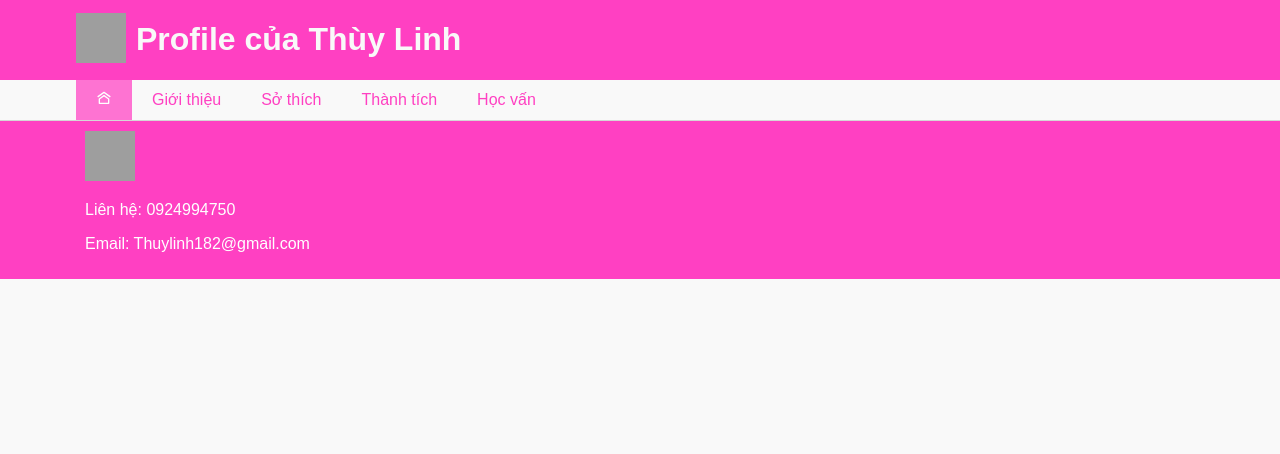
Repository: DucLong-PD07979/profile-vu-thuy-linh
Page: so-thich.html
The author's editor kept a copy of each file at every save. The page is drawn from the files as they stood at one save, then again after the next save.
The browser window is 1280 px wide. The pictures show the whole page.
Pictures or frames that could not be fetched are drawn as grey boxes.

Above is the page before, as saved 2025-03-13 21:19:10.
Not found: script.js

### so-thich.html
<!DOCTYPE html>
<html lang="vi">
    <head>
        <meta charset="UTF-8" />
        <meta name="viewport" content="width=device-width, initial-scale=1.0" />
        <title>Profile của Thùy Linh</title>
        <link rel="stylesheet" href="./css/main.css" />
        <script defer src="script.js"></script>
    </head>
    <body>
        <header>
            <div class="container">
                <div class="logo">
                    <img
                        src="https://encrypted-tbn0.gstatic.com/images?q=tbn:ANd9GcQHs0UoAlT72hduByWmi6BstIWlXX2zQqTC_Q&s"
                        alt="Logo"
                    />
                </div>
                <h1>Profile của Thùy Linh</h1>
            </div>
        </header>
        <div class="menu-list">
            <div class="container">
                <nav>
                    <ul>
                        <li>
                            <a href="./index.html" class="active">
                                <svg
                                    xmlns="http://www.w3.org/2000/svg"
                                    viewBox="0 0 24 24"
                                    fill="currentColor"
                                >
                                    <path
                                        d="M12.5812 2.68627C12.2335 2.43791 11.7664 2.43791 11.4187 2.68627L1.9187 9.47198L3.08118 11.0994L11.9999 4.7289L20.9187 11.0994L22.0812 9.47198L12.5812 2.68627ZM19.5812 12.6863L12.5812 7.68627C12.2335 7.43791 11.7664 7.43791 11.4187 7.68627L4.4187 12.6863C4.15591 12.874 3.99994 13.177 3.99994 13.5V20C3.99994 20.5523 4.44765 21 4.99994 21H18.9999C19.5522 21 19.9999 20.5523 19.9999 20V13.5C19.9999 13.177 19.844 12.874 19.5812 12.6863ZM5.99994 19V14.0146L11.9999 9.7289L17.9999 14.0146V19H5.99994Z"
                                    ></path>
                                </svg>
                            </a>
                        </li>
                        <li>
                            <a href="./ban-than.html">Giới thiệu</a>
                            <ul class="menu-children">
                                <li><a href="./ban-than.html">Bản thân</a></li>
                                <li><a href="./gia-dinh.html">Gia đình</a></li>
                            </ul>
                        </li>
                        <li><a href="./so-thich.html">Sở thích</a></li>
                        <li><a href="./thanh-tich.html">Thành tích</a></li>
                        <li><a href="#education">Học vấn</a></li>
                    </ul>
                </nav>
            </div>
        </div>

        <footer>
            <div class="container">
                <div class="logo">
                    <img
                        src="https://encrypted-tbn0.gstatic.com/images?q=tbn:ANd9GcQHs0UoAlT72hduByWmi6BstIWlXX2zQqTC_Q&s"
                        alt="Logo"
                    />
                </div>
                <p>Liên hệ: 0924994750</p>
                <p>Email: Thuylinh182@gmail.com</p>
            </div>
        </footer>
    </body>
</html>
<!-- https://profile-vu-thuy-linh.vercel.app/ -->

### css/main.css
* {
    box-sizing: border-box;
}

body {
    font-family: Arial, sans-serif;
    margin: 0;
    padding: 0;
    background-color: #f9f9f9;
    color: #2c2c2c;
}

.container {
    margin: 0 5%;
    padding: 0 12px;
}

header {
    background-color: #ff40c2;
    color: #f9f9f9;
}

header .container {
    display: flex;
    align-items: center;
}

.logo img {
    width: 50px;
    height: 50px;
    margin-right: 10px;
}

.menu-list {
    color: #ff40c2;
    border-bottom: 1px solid #d6d6d6;
}

nav ul {
    list-style: none;
    padding: 0;
    display: flex;
    align-items: center;
    margin: 0;
}

nav ul li {
    display: inline;
    position: relative;
}

nav ul li a {
    color: #ff40c2;
    text-decoration: none;
    padding: 10px 20px;
    display: block;
    font-size: 16px;
    transition: all 0.1s linear;
}

nav ul li a.active {
    background-color: #fe73d2;
}

nav ul li a svg {
    width: 16px;
    height: 16px;
    color: #ffffff;
}

nav ul li a:hover {
    color: white;
    background-color: #fe73d2;
}

.menu-children {
    position: absolute;
    z-index: 9;
    top: 100%;
    display: none;
    background-color: #f9f9f9;
}

nav ul li:hover .menu-children {
    display: block;
}

.participation-section {
    display: grid;
    gap: 10px;
    grid-template-columns: 1fr 1fr 1fr 1fr 1fr;
}

.item-1 {
    grid-column: 1 / 5;
    display: grid;
    grid-template-columns: 1fr 1fr;
    gap: 10px;
    width: 100%;
}

.item-2 {
    grid-column: 5 / 6;
}

.participation-section .item-1 img {
    width: 100%;
    height: 300px;
}

.participation-section .item-2 img {
    width: 100%;
    height: 240px;
    margin-bottom: 10px;
}

.participation-content {
    width: 100%;
}

.participation-content a {
    color: #404042;
    display: block;
    padding: 6px 0;
}

.participation-content a:hover {
    color: #fe73d2;
    text-decoration: underline;
}

/* giới thiệu bản thân */
#introduce-section {
    background-color: #fbdce2;
    width: 100%;
    padding: 20px 0;
}

.introduce-section-content {
    display: grid;
    grid-template-columns: 1fr 1fr;
    gap: 10px;
    align-items: center;
}

.introduce-section-content .box .gallery {
    width: 100%;
}

.introduce-section-content .box .gallery img {
    width: 100%;
    height: 400px;
    object-fit: fill;
}

.introduce-section-content .item-3 {
    grid-column: 1 /3;
    display: grid;
    gap: 20px;
    grid-template-columns: 1fr 1fr 1fr;
}

.introduce-section-content img {
    width: 100%;
    height: 600px;
    margin: 50px 0;
}

.introduce-section-content .box p {
    font-size: 18px;
}
/* gia dinh */

#family-section {
    background-color: #e8d5f3;
    width: 100%;
    padding: 20px 0;
}

.family-section-content {
    display: grid;
    grid-template-columns: 1fr 1fr 1fr 1fr;
    gap: 10px;
}

.family-section-content .box img {
    width: 100%;
    height: 340px;
    object-fit: fill;
}

.family-section-content .box p {
    font-size: 18px;
}

/* thanh tich */

#achievements {
    background-color: #eeeeeb;
    width: 100%;
    padding: 20px 0;
}

.achievements-section-content {
    display: grid;
    grid-template-columns: 1fr 1fr;
    gap: 10px;
}

.achievements-section-content .box img {
    width: 100%;
    height: 400px;
}

.achievements-section-content .box p {
    font-size: 18px;
}

/* học vấn */
#education {
    background-color: #dceeff;
    width: 100%;
    padding: 20px 0;
}

footer {
    background-color: #ff40c2;
    color: white;
    padding: 10px;
}

After the next save:
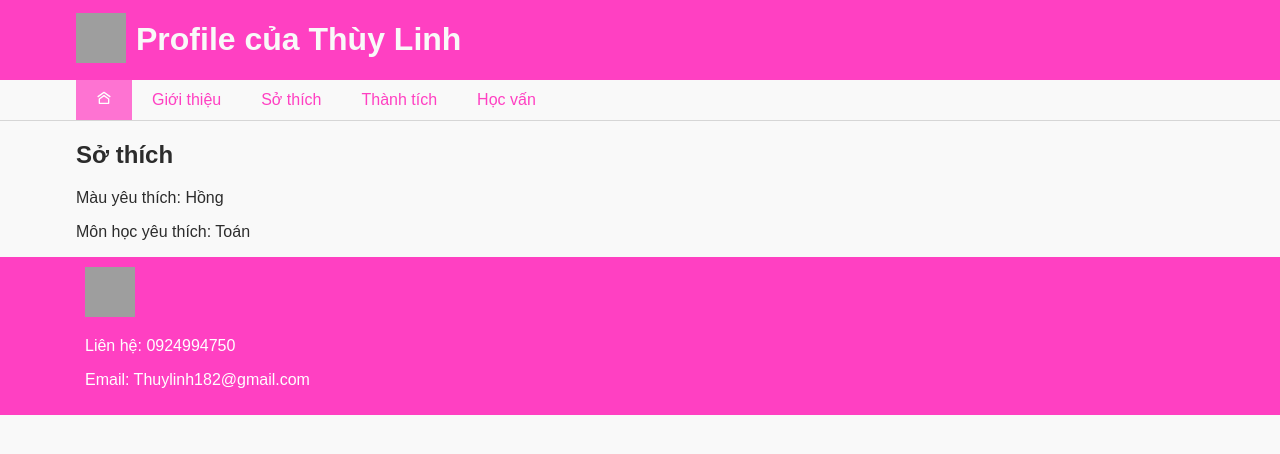
Saved 24 s later.
--- a/so-thich.html
+++ b/so-thich.html
@@ -50,7 +50,13 @@
                 </nav>
             </div>
         </div>
-
+        <section id="hobbies">
+            <div class="container">
+                <h2>Sở thích</h2>
+                <p>Màu yêu thích: Hồng</p>
+                <p>Môn học yêu thích: Toán</p>
+            </div>
+        </section>
         <footer>
             <div class="container">
                 <div class="logo">
